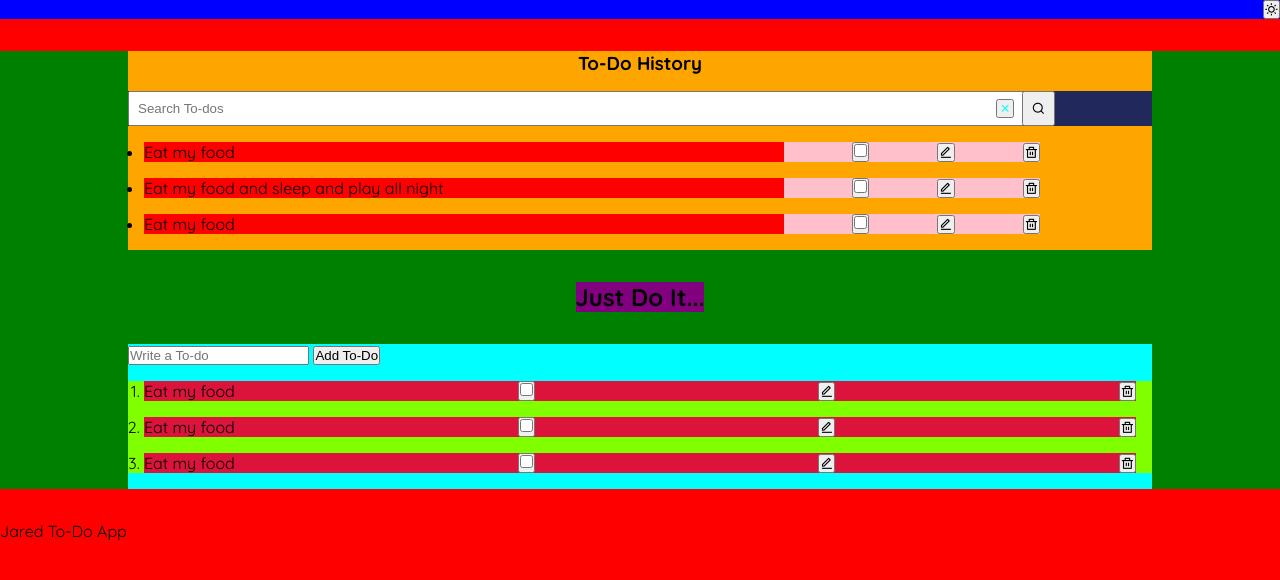
Repository: EguJaredoBoyd/Jared-ToDo-App
Page: main.html
The author's editor kept a copy of each file at every save. The page is drawn from the files as they stood at one save, then again after the next save.
The browser window is 1280 px wide. The pictures show the whole page.
Some web libraries are served in a nearby version.

Above is the page before, as saved 2025-12-23 21:39:13.
Not found: js/to-do.j

After the next save:
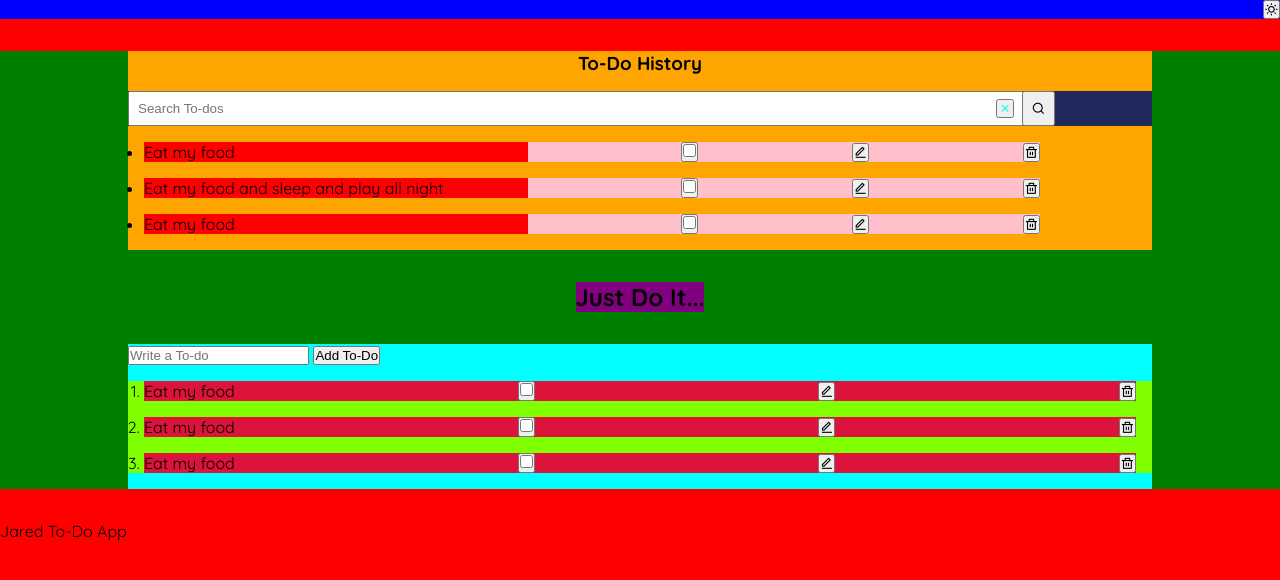
Saved 8 s later.
--- a/css/main.css
+++ b/css/main.css
@@ -88,7 +88,7 @@
   background-color: pink;
 }
 .ul__list li {
-  width: 50vw;
+  width: 30vw;
   max-width: 50vw;
   background-color: red;
 }

After the save that followed:
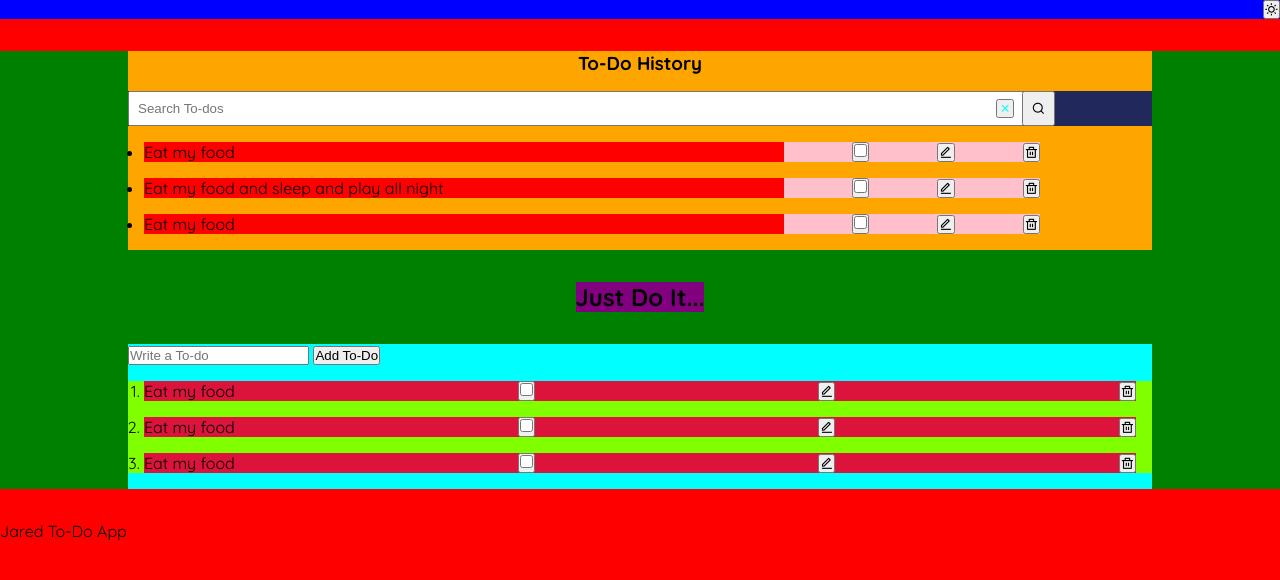
Saved 6 s later.
--- a/css/main.css
+++ b/css/main.css
@@ -88,7 +88,7 @@
   background-color: pink;
 }
 .ul__list li {
-  width: 30vw;
+  width: 50vw;
   max-width: 50vw;
   background-color: red;
 }
